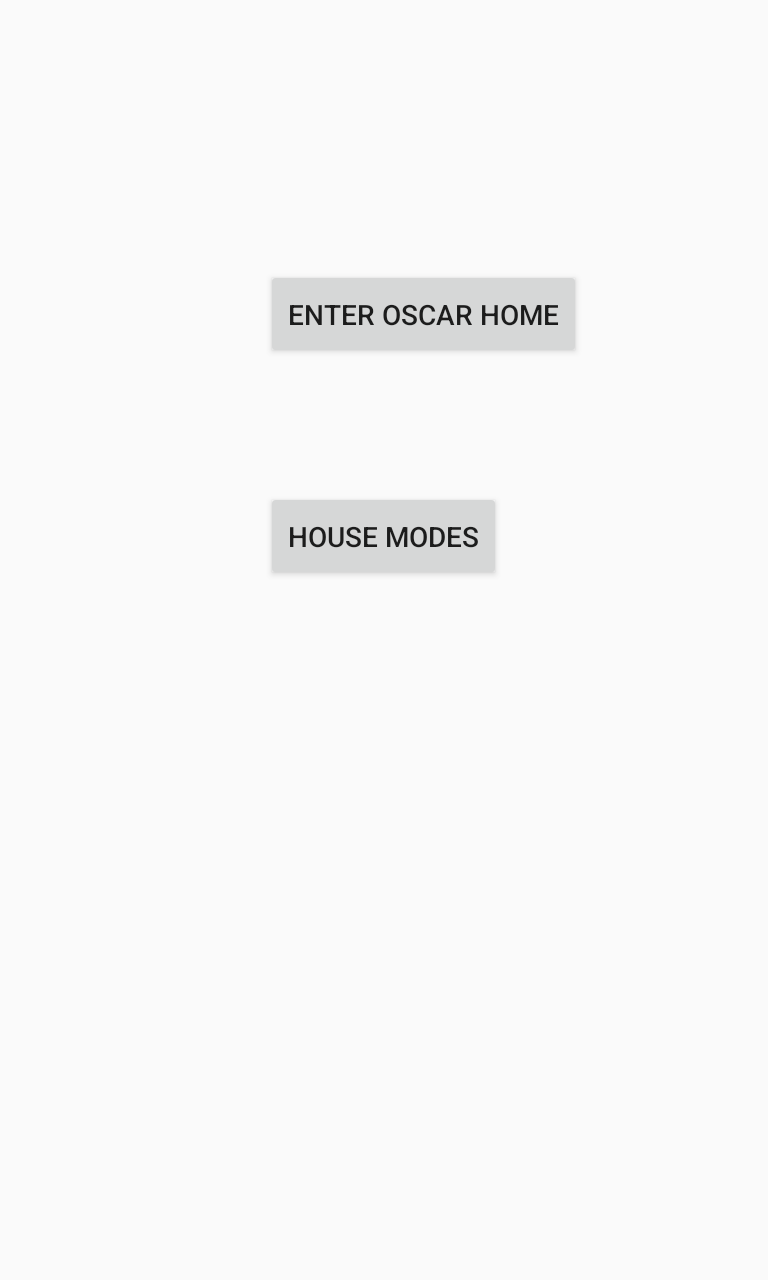
Repository: LogInc/oscar_app
Layout: Android/Oscar/res/layout/activity_home.xml
These files come from the project's save history. The layout is drawn as it stood at one moment and after the next save; the edit follows.
It is drawn on a 768 x 1280 px phone screen (xhdpi) without system bars, with theme AppTheme; the app's code is not run.

Above is the layout before, as saved 2015-02-19 13:27:04.

### Android/Oscar/res/layout/activity_home.xml
<RelativeLayout xmlns:android="http://schemas.android.com/apk/res/android"
    xmlns:tools="http://schemas.android.com/tools"
    android:layout_width="match_parent"
    android:layout_height="match_parent"
    tools:context="${relativePackage}.${activityClass}" >

    <Button
        android:id="@+id/modes"
        android:layout_width="wrap_content"
        android:layout_height="wrap_content"
        android:layout_below="@+id/oscarHouse"
        android:layout_centerHorizontal="true"
        android:layout_marginTop="63dp"
        android:text="@string/Modes" />

    <Button
        android:id="@+id/oscarHouse"
        android:layout_width="wrap_content"
        android:layout_height="wrap_content"
        android:layout_alignLeft="@+id/modes"
        android:layout_alignParentTop="true"
        android:layout_marginTop="133dp"
        android:text="@string/OscarHouse" />

</RelativeLayout>

### Android/Oscar/res/values/strings.xml
<?xml version="1.0" encoding="utf-8"?>
<resources>

    <string name="app_name">Oscar</string>
    <string name="title_activity_login">Login</string>
    <string name="hello_world">Hello world!</string>
    <string name="Password">Password</string>
    <string name="Username">Username</string>
    <string name="SignIn">Sign In</string>
    <string name="title_activity_home">Home</string>
    <string name="Modes">House Modes</string>
    <string name="OscarHouse">Enter Oscar Home</string>

</resources>

Loaded but not shown: Android/Oscar/res/values/styles.xml (common file); Android/Oscar/res/values-v11/styles.xml (common file); Android/Oscar/res/values-v14/styles.xml (common file)

After the next save:
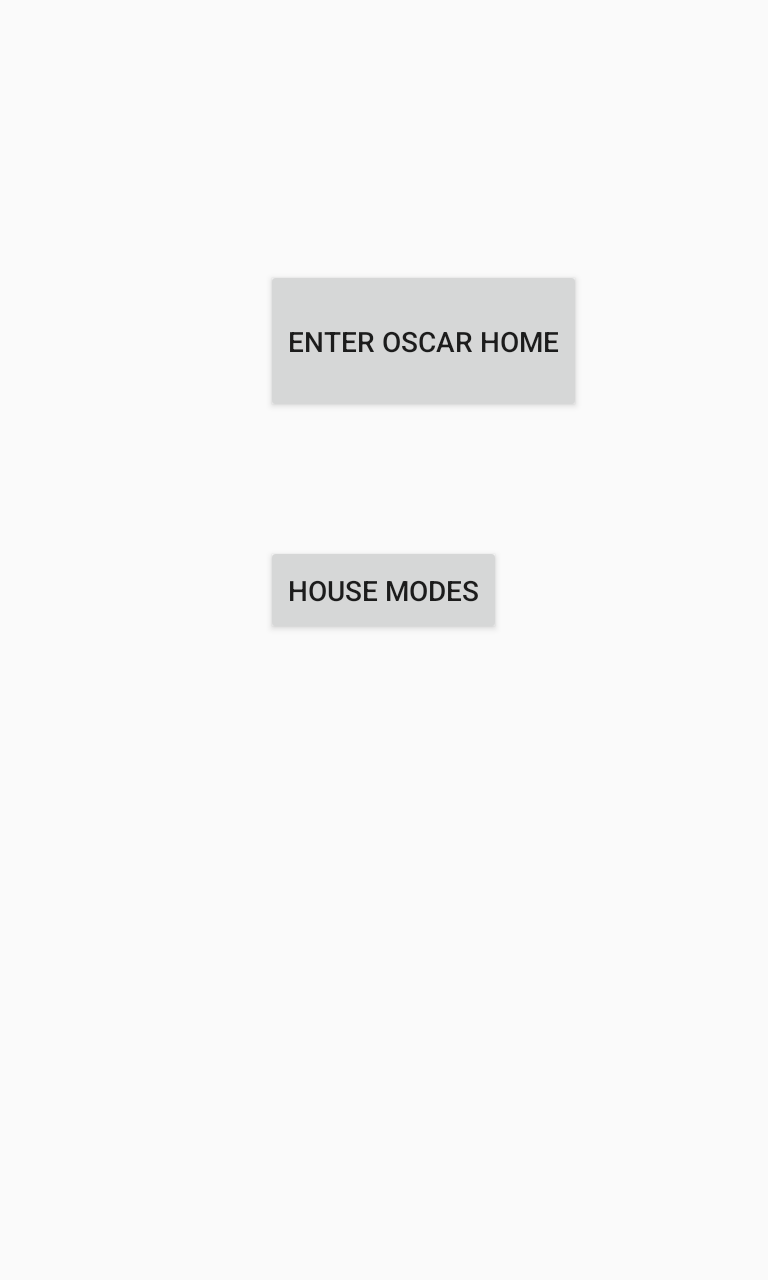
Saved 27 s later.
--- a/Android/Oscar/res/layout/activity_home.xml
+++ b/Android/Oscar/res/layout/activity_home.xml
@@ -16,7 +16,7 @@
     <Button
         android:id="@+id/oscarHouse"
         android:layout_width="wrap_content"
-        android:layout_height="wrap_content"
+        android:layout_height="75dp"
         android:layout_alignLeft="@+id/modes"
         android:layout_alignParentTop="true"
         android:layout_marginTop="133dp"
